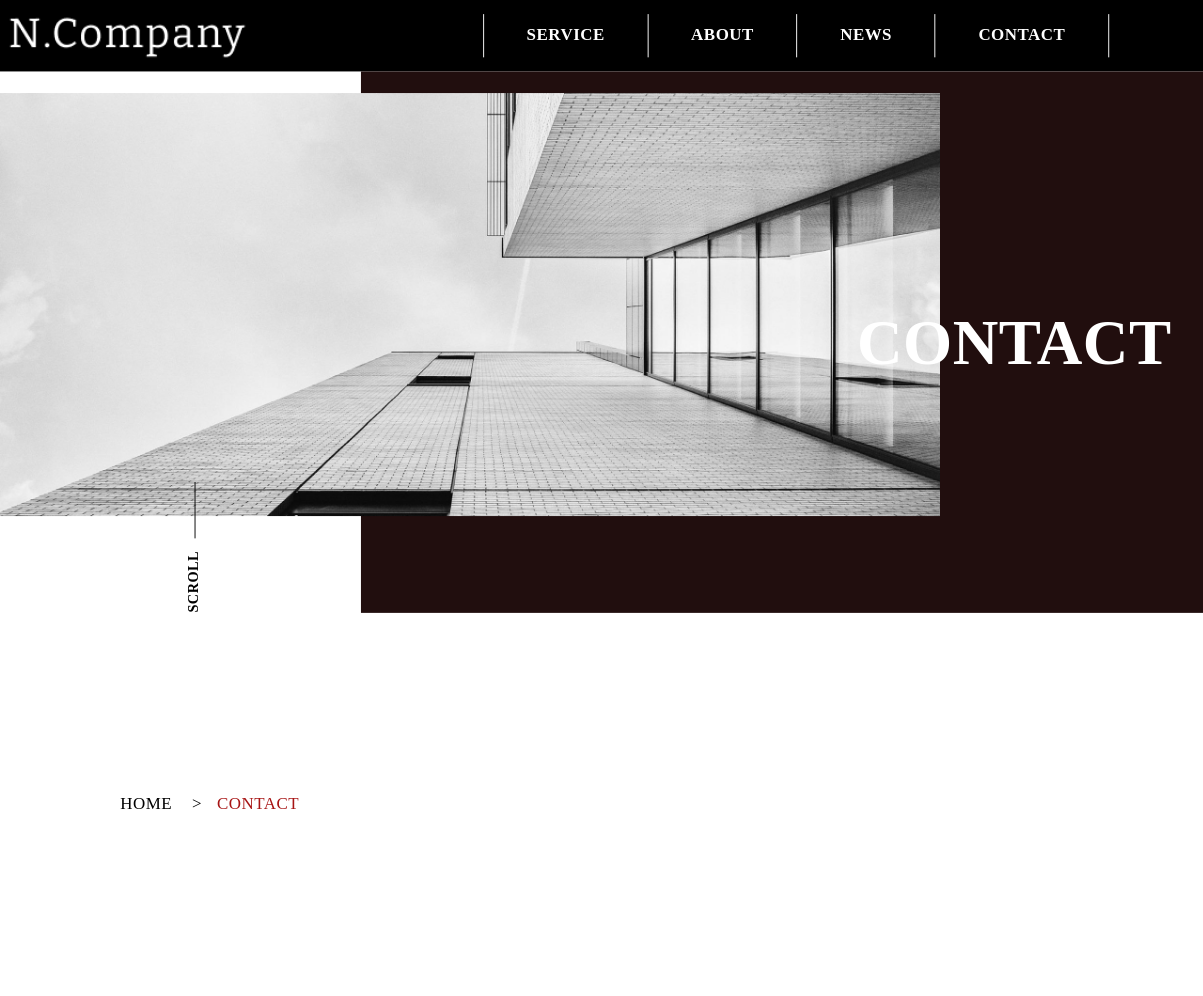
Repository: nozomi-23/hp2_test
Page: html/contact.html
These files come from the project's save history. The page is drawn as it stood at one moment and after a run of saves; the edit follows.
The browser window is 1280 px wide. The pictures show the whole page, at 94% of full size.
Some web fonts or font styles are not loaded; a fallback is used. Some web libraries are served in a nearby version.

Above is the page before, as saved 2022-06-25 22:03:47.

### html/contact.html
<!DOCTYPE html>
<html lang="ja">

<head>
  <meta charset="UTF-8">
  <title>コンサル事業 N.Company</title>
  <meta name="description" content="専門知識豊富なコンサルタントチームがあらゆる経営課題を解決に導きます。">
  <meta name="keywords" content="コンサル,経営改善,サポート">
  <meta name="viewport" content="width=device-width, initial-scale=1.0">
  <meta property="og:title" content="コンサル事業 N.Company">
  <meta property="og:type" content="article">
  <meta property="og:url" content="https://withcode-plus.tech">
  <meta property="og:image" content="img/logo.png">
  <meta property="og:description" content="専門知識豊富なコンサルタントチームがあらゆる経営課題を解決に導きます。">
  <meta property="og:site_name" content="コンサル事業">
  <link rel="icon" href="favicon.ico">
  <link rel="apple-touch-icon" sizes="180x180" href="img/logo.png">
  <link rel="preconnect" href="https://fonts.googleapis.com">
  <link rel="preconnect" href="https://fonts.gstatic.com" crossorigin>
  <link rel="preconnect" href="https://fonts.googleapis.com">
  <link rel="preconnect" href="https://fonts.gstatic.com" crossorigin>
  <link rel="preconnect" href="https://fonts.googleapis.com">
  <link rel="preconnect" href="https://fonts.gstatic.com" crossorigin>
  <link href="https://fonts.googleapis.com/css2?family=Bitter:wght@300;400&display=swap" rel="stylesheet">
  <link href="https://fonts.googleapis.com/css2?family=Noto+Serif+JP:wght@400;500;700&display=swap" rel="stylesheet">
  <script src="https://kit.fontawesome.com/b17c2acbc6.js" crossorigin="anonymous"></script>
  <link rel="stylesheet" type="text/css" href="../css/reset.css">
  <link rel="stylesheet" type="text/css" href="../css/common1.css">
  <link rel="stylesheet" type="text/css" href="../css/common2.css">
  <link rel="stylesheet" type="text/css" href="../css/service.css">
</head>

<body>
  <!-- ======== header ===== -->
  <header>
    <div class="header_inner">
      <h1 class="header_logo">
        <a href="../index.html"><img src="../img/logo.png" alt="ロゴ画像"></a>
      </h1>
      <nav class="header_nav">
        <ul>
          <li>
            <a href="../html/about.html">SERVICE</a>
          </li>
          <li>
            <a href="../html/about.html">ABOUT</a>
          </li>
          <li>
            <a href="../html/news.html">NEWS</a>
          </li>
          <li>
            <a href="#">CONTACT</a>
          </li>
        </ul>
      </nav>
    </div>
    <div class="drawer"></div>
  </header>

  <!-- ======== fv ===== -->

  <section class="service_fv">
    <div class="service_fv_wrapper">
      <div class="service_fv_img">
        <img src="../img/service_main.png" alt="メイン画像">
      </div>
      <div class="fv_txt_wrapper_2">
        <span class="top_arrow_txt">SCROLL</span>
      </div>
      <div class="fv_ttl_wrapper">
        <h2 class="service_fv_ttl">CONTACT</h2>
      </div>
    </div>
  </section>

  <!-- ======== パンくずリスト ===== -->

  <section class="breadcrumb section">
    <div class="inner">
      <ul class="breadcrumb_list">
        <li class="breadcrumb_item">
          <a href="../index.html"><span>HOME</span></a>
        </li>
        <li class="breadcrumb_item">
          <a href="#"><span class="color">CONTACT</span></a>
        </li>
      </ul>
    </div>
  </section>

</body>
<script src="https://ajax.googleapis.com/ajax/libs/jquery/3.5.1/jquery.min.js"></script>
<script type="text/javascript" src="js/common.js"></script>

</html>

### css/reset.css
@charset "UTF-8";

html,
body,
div,
span,
object,
iframe,
h1,
h2,
h3,
h4,
h5,
h6,
p,
blockquote,
pre,
abbr,
address,
cite,
code,
del,
dfn,
em,
img,
ins,
kbd,
q,
samp,
small,
strong,
sub,
sup,
var,
b,
i,
dl,
dt,
dd,
ol,
ul,
li,
fieldset,
form,
label,
legend,
table,
caption,
tbody,
tfoot,
thead,
tr,
th,
td,
article,
aside,
canvas,
details,
figcaption,
figure,
footer,
header,
hgroup,
menu,
nav,
section,
summary,
time,
mark,
audio,
video {
  margin: 0;
  padding: 0;
  border: 0;
  outline: 0;
  font-size: 100%;
  vertical-align: baseline;
  background: transparent;
}

body {
  line-height: 1;
}

article,
aside,
details,
figcaption,
figure,
footer,
header,
hgroup,
menu,
nav,
section {
  display: block;
}

nav ul {
  list-style: none;
}

blockquote,
q {
  quotes: none;
}

blockquote:before,
blockquote:after,
q:before,
q:after {
  content: '';
  content: none;
}

a {
  margin: 0;
  padding: 0;
  font-size: 100%;
  vertical-align: baseline;
  background: transparent;
}

/* change colours to suit your needs */
ins {
  background-color: #ff9;
  color: #000;
  text-decoration: none;
}

/* change colours to suit your needs */
mark {
  background-color: #ff9;
  color: #000;
  font-style: italic;
  font-weight: bold;
}

del {
  text-decoration: line-through;
}

abbr[title],
dfn[title] {
  border-bottom: 1px dotted;
  cursor: help;
}

table {
  border-collapse: collapse;
  border-spacing: 0;
}

/* change border colour to suit your needs */
hr {
  display: block;
  height: 1px;
  border: 0;
  border-top: 1px solid #cccccc;
  margin: 1em 0;
  padding: 0;
}

input,
select {
  vertical-align: middle;
}

### css/common1.css
@charset "UTF-8";

body {
  font-size: 18px;
  color: #000;
  letter-spacing: 0.03em;
  font-family: 'Noto Serif JP', serif;
  line-height: 1.3;
}
li {
  list-style: none;
}
a {
  text-decoration: none;
  cursor: pointer;
  color: #000;
}
/* =====================
共通レイアウト
========================*/

.section {
  margin: 15% 0;
  position: relative;
}

.inner {
  width: 80%;
  height: auto;
  margin: 0 auto;
  /* background-color: aqua; */
}

/* =====================
共通パーツ
========================*/

.section_ttl {
  position: relative;
  font-size: 2rem;
  font-weight: bold;
  display: inline-block;
  margin-bottom: 4.5%;
  padding: 1%;
}

.section_ttl::after {
  content: "";
  position: absolute;
  bottom: 0;
  left: 34%;
  display: inline-block;
  width: 3rem;
  border-bottom: 5px solid #A71414;
}

.btn {
  width: 25%;
  margin: 0 auto;
}

.btn a {
  text-align: center;
  color: #fff;
  background: #210E0E;
  font-weight: bold;
  line-height: 4;
  display: block;
  width: 100%;
  height: 100%;
  cursor: pointer;
  transition: all 0.5s;
}

.btn a:hover {
  opacity: 0.8;
  transition: all 0.5s;
}
/* =====================
header
========================*/
header {
  background: #000;
}

.header_inner {
  display: flex;
  justify-content: space-between;
  align-items: center;
  padding: 0.7%;
}

.header_logo {
  width: 20%;
}
.header_logo img {
  width: 100%;
  height: 100%;
}

.header_nav {
  width: 60%;
  height: auto;
}

.header_nav ul {
  display: flex;
  align-items: center;
}

.header_nav ul li {
  padding: 1.5% 6%;
  border-left: solid 1px #fff;
}

.header_nav ul li:last-child {
  border-right: solid 1px #fff;
}

.header_nav ul li a {
  display: block;
  color: #fff;
  font-weight: bold;
}

.header_nav ul li a:hover {
  color: #AB9999;
}

header .drawer {
  visibility: hidden;
}

/* =====================
footer
========================*/

footer {
  background: #000;
  padding: 2%;
  text-align: center;
}

.footer_logo {
  margin: 0 auto;
  width: 15%;
  height: auto;
}

.footer_logo img {
  width: 100%;
  height: 100%;
}

.footer_list {
  width: 70%;
  height: auto;
  display: flex;
  justify-content: center;
  align-items: center;
  margin: 3.5% auto;
}

.footer_list li {
  padding: 1% 6%;
  border-left: solid 1px #fff;
}

.footer_list li:last-child {
  border-right: solid 1px #fff;
}

.footer_list li a {
  color: #fff;
  font-size: 0.95rem;
}

.footer_list li a:hover {
  color: #AB9999;
}

.footer_sns {
  display: flex;
  align-items: center;
  justify-content: center;
  margin: 3% 0;
}

.sns_icon.sns_icon1 {
  margin-right: 2.5%;
}

.sns_icon.sns_icon1,
.sns_icon.sns_icon2 {
  font-size: 2.25rem;
}
.sns_icon a {
  color: #fff;
}

.sns_icon {
  transition: 0.2s;
}

.sns_icon:hover {
  transition: 0.2s;
  transform: translateY(-5px);
}


footer small {
  color: #fff;
  font-size: 0.8rem;
  display: block;
  margin: 1.5% 0;
}

### css/common2.css
@charset "UTF-8";

/* =====================
fv
========================*/
.service_fv_wrapper {
  display: flex;
  position: relative;
}

.service_fv_img {
  position: absolute;
  z-index: 1;
  top: 4%;
  left: 0;
}

.service_fv_img img {
  width: 100%;
  height: 100%;
}

.fv_txt_wrapper_2 {
  position: relative;
  width: 30%;
  height: 80vh;
}

.fv_ttl_wrapper {
  width: 70%;
  height: 80vh;
  background: #210E0E;
  align-items: center;
  display: flex;

}

.service_fv_ttl {
  color: #fff;
  font-weight: bold;
  font-size: 4.2rem;
  margin-left: auto;
  padding-right: 0.5em;
  z-index: 3;
}

.top_arrow_txt {
  position: absolute;
  bottom: 4%;
  left: 45%;
  transform: rotate(270deg);
  font-weight: bold;
  font-size: 0.95rem;
  z-index: 3;
}

.top_arrow_txt::after {
  content: "";
  width: 60px;
  border-bottom: solid 1px;
  display: inline-block;
  position: absolute;
  bottom: 40%;
  left: 120%;
}

/* =====================
パンくずリスト
========================*/
.breadcrumb_list {
  display: flex;
}

.breadcrumb_item::after {
  content: ">";
  padding: 0 1rem;
}

.breadcrumb_item:last-child::after {
  content: "";
}

.breadcrumb_item .color {
  color: #A71414;
}

### css/service.css
@charset "UTF-8";


/* =====================
service_intro
========================*/
.service_tex {
  text-align: center;
}

.service_intro_all {
  margin: 10% 0;
}

.service_txt {
  width: 70%;
  height: auto;
  margin: 0 auto;
  text-align: center;
}

.intro_list {
  display: flex;
  justify-content: space-between;
  flex-wrap: wrap;
}

.intro_item {
  width: 40%;
  height: auto;
}


.intro_item_img img {
  width: 100%;
  height: 100%;
}

Loaded but not shown: js/common.js (no copy from this time; the picture is the same without it)

After the next 2 saves:
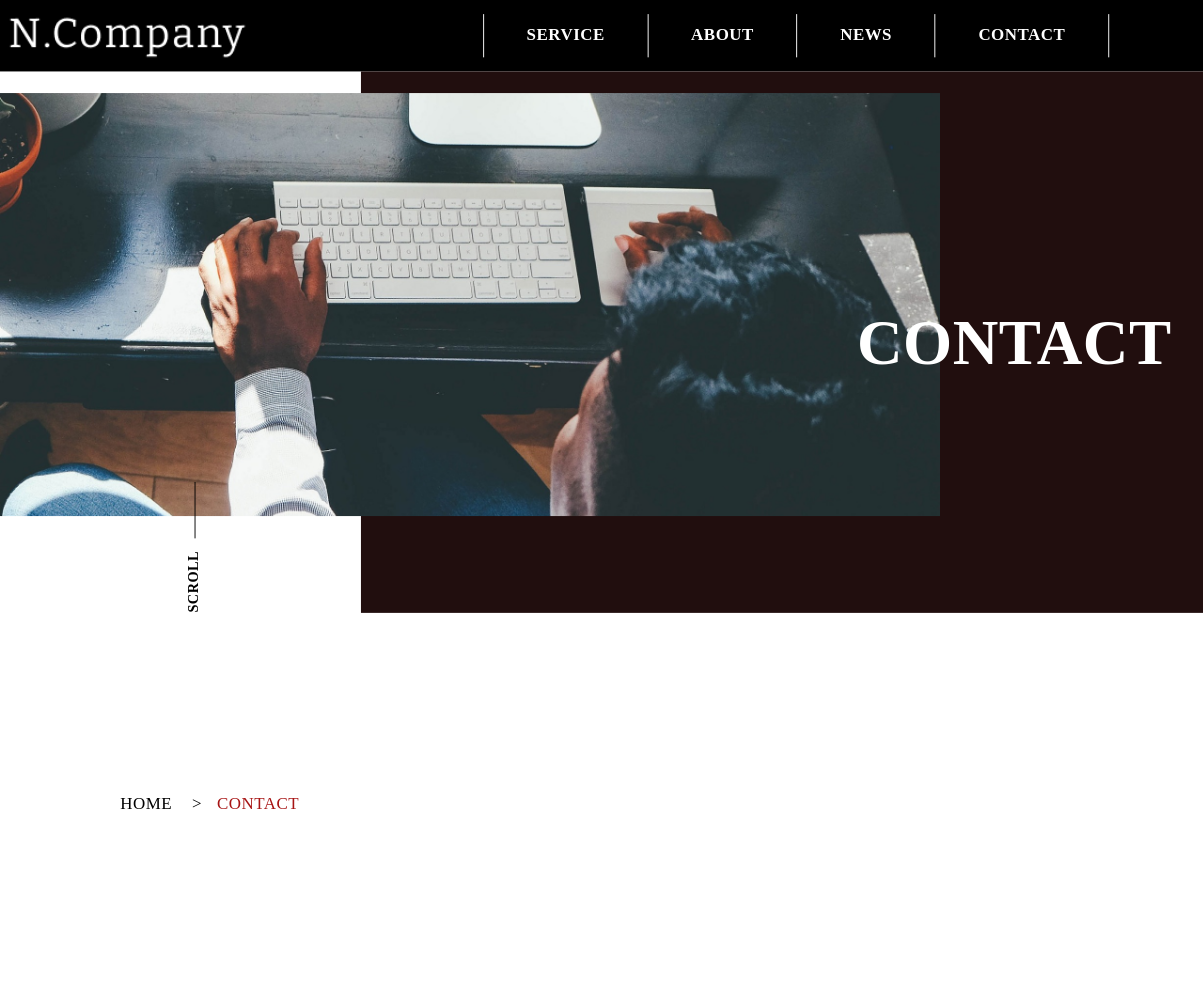
The 2 saves are shown as one change because they came seconds apart.
The last was saved 34 s later.
--- a/html/contact.html
+++ b/html/contact.html
@@ -62,7 +62,7 @@
   <section class="service_fv">
     <div class="service_fv_wrapper">
       <div class="service_fv_img">
-        <img src="../img/service_main.png" alt="メイン画像">
+        <img src="../img/contact_main.png" alt="メイン画像">
       </div>
       <div class="fv_txt_wrapper_2">
         <span class="top_arrow_txt">SCROLL</span>
